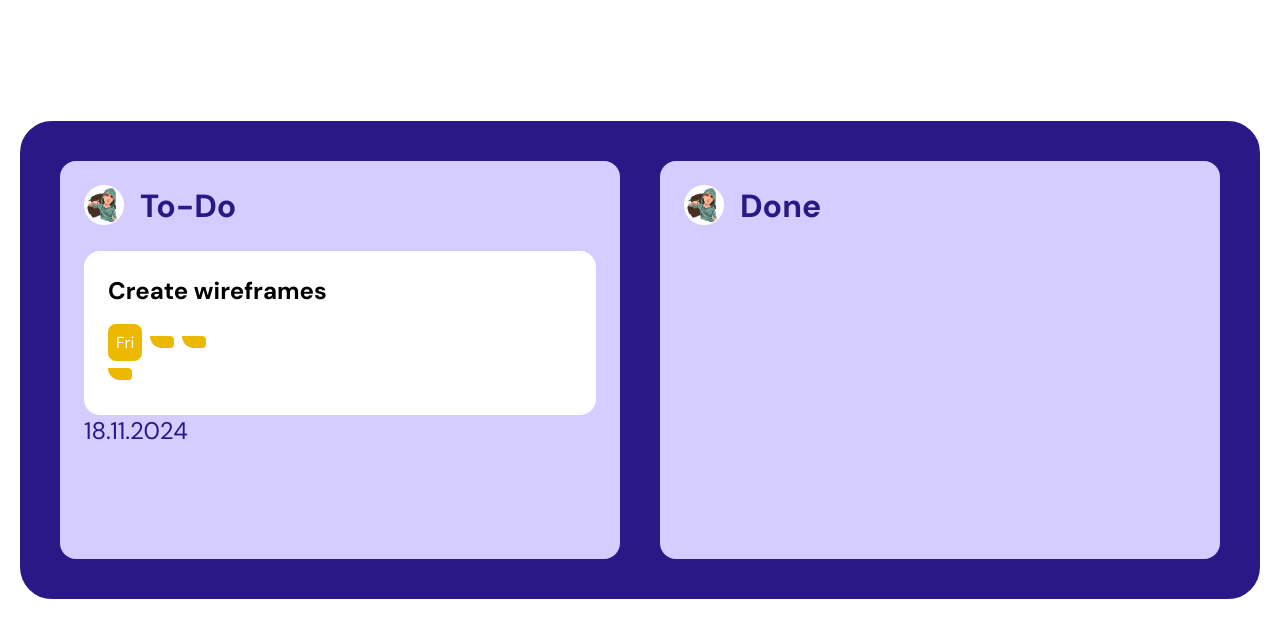
Repository: VitasYo/Kanban
Page: index.html
The author's editor kept a copy of each file at every save. The page is drawn from the files as they stood at one save, then again after the next save.
The browser window is 1280 px wide. The pictures show the whole page.

Above is the page before, as saved 2024-04-15 00:24:32.

### index.html
<!DOCTYPE html>
<html lang="en">
<head>
  <meta charset="UTF-8">
  <meta name="viewport" content="width=device-width, initial-scale=1.0">
  <link rel="stylesheet" href="./src/assets/css/index.css">
  <title>To-Do-List-Kanban</title>
</head>
<body>
  <main class="kanban">
    <section class="kanban__column">
      <div class="kanban__title_and_icon">
        <img height=40 width=40 src="src/assets/img/Avatar.jpg" alt="Аватар">
        <h2 class="kanban__title">To-Do</h2>
      </div>
      <div class="card">
        <div class="card_title">Create wireframes</div>
        <div class="card_items">
          <div class="card_pin">Fri</div>
          <div class="card_scale">
            <img class="card_scale_item" src="src/assets/img/yel_rect.png"></div>
            <img class="card_scale_item" src="src/assets/img/yel_rect.png"></div>
            <img class="card_scale_item" src="src/assets/img/yel_rect.png"></div>
          </div>
          <div class="card_date">18.11.2024</div>
        </div>
      </div>
    </section>

    <section class="kanban__column">
      <div class="kanban__title_and_icon">
        <img height=40 width=40 src="src/assets/img/Avatar.jpg" alt="Аватар">
        <h2 class="kanban__title">Done</h2>
      </div>

    </section>
  </main>
  </body>
<script src="./src/assets/js/index.js"></script>
</html>

### src/assets/css/index.css
@import url('https://fonts.googleapis.com/css2?family=DM+Sans:opsz,wght@9..40,100;9..40,200;9..40,300;9..40,400;9..40,500;9..40,600;9..40,700;9..40,800;9..40,900;9..40,1000&display=swap');
@import './component/_kanban.css';
@import './_media.css';



* {
  font-family: 'DM Sans', sans-serif;
}

* {
  box-sizing: border-box;
  margin: 0;
  padding: 0;
}

body {
  font-family: 'Arial', sans-serif;
  background-color: white;
  color: white;
  display: flex;
  flex-direction: column;
  min-height: 100vh;
}


.header__title,
.footer__text {
  margin: 0;
  padding: 10px 0;
}

.container {
  width: 100%;
  padding-right: 15px;
  padding-left: 15px;
  margin-right: auto;
  margin-left: auto;
}

### src/assets/css/component/_kanban.css
.kanban {
    display: flex;
    flex-wrap: wrap;
    justify-content: space-around;
    flex-grow: 1;
    flex: 0 0 100%;
    border-radius: 32px;
    border: 20px solid #2B1887;
    background-color: #2B1887;
    display: grid;
    grid-template-columns: 1fr 1fr;
    margin: auto;
}

.kanban__column {
    height: 398px;
    width: 560px;
    background-color: #D5CCFF;
    border-radius: 16px;
    padding: 24px;
    margin: 20px;
}

.kanban__title_and_icon {
    display: flex;
    width: 560px;
    margin-bottom: 24px;

}

.kanban__title {
    color: #2B1887;
    font-size: 32px;
    padding-left: 16px;
}

.card {
    background-color: white;
    border: 24px solid;
    border-radius: 16px;
}

.card_title {
    color: black;
    font-size: 24px;
    font-weight: bold;
}

.card_items {
    margin-top: 16px;
    display: flex;
    align-items: center;
}

.card_pin {
    padding: 8px;
    border-radius: 8px;
    background-color: #ECB800;
}

.card_scale {
    display: flex;
}


.card_scale {
    padding: 8px;
}

.card_date {
    font-size: 24px;
    color: #2B1887;
}

### src/assets/css/_media.css
@media (min-width: 576px) {
    .container {
        max-width: 540px;
    }
}

@media (min-width: 768px) {
    .container {
        max-width: 720px;
    }
}

@media (min-width: 992px) {
    .container {
        max-width: 960px;
    }
}

@media (min-width: 1200px) {
    .container {
        max-width: 1140px;
    }
}

@media (min-width: 1400px) {
    .container {
        max-width: 1320px;
    }
}

@media screen and (min-width: 640px) {
    .kanban__column {
        flex: 0 0 calc(33.333% - 20px);
    }
}

Loaded but not shown: src/assets/js/index.js (no stored copy; drawn as an empty file)

After the next save:
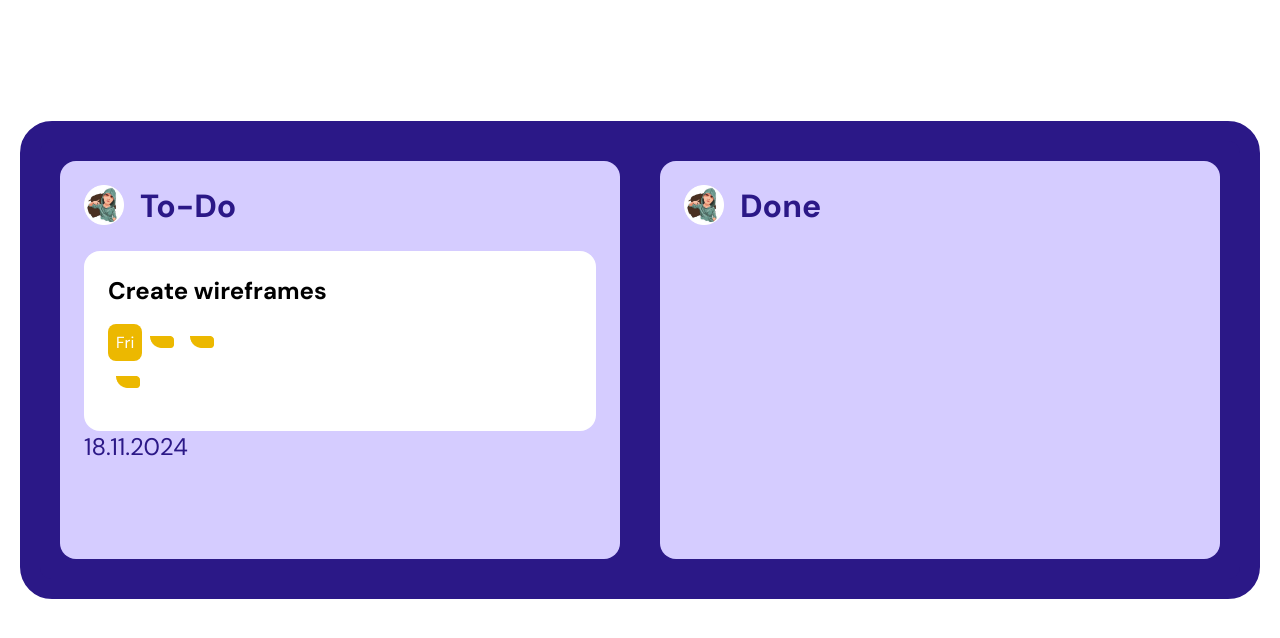
Saved 7 s later.
--- a/src/assets/css/component/_kanban.css
+++ b/src/assets/css/component/_kanban.css
@@ -63,7 +63,7 @@
 }
 
 
-.card_scale {
+.card_scale_item {
     padding: 8px;
 }
 
